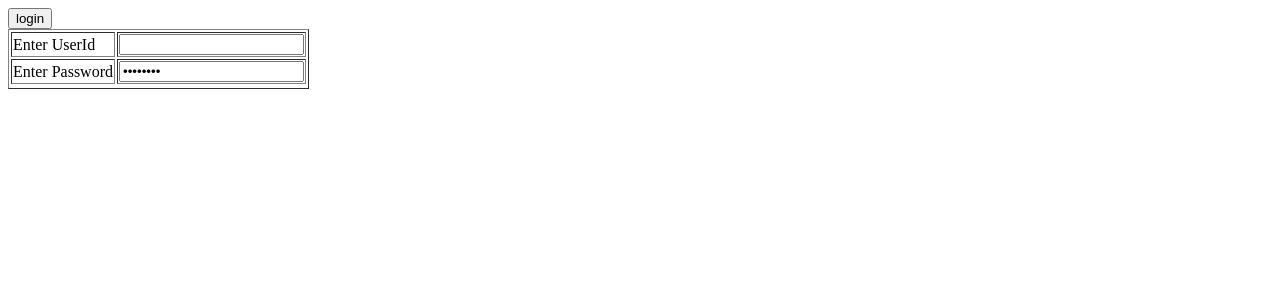
Repository: SravanthiSanaka/programs
Page: Training1/WebContent/Login.html
An editor plug-in stored every save of this project. The page is shown before and after the next save, followed by the edit.
The browser window is 1280 px wide. The pictures show the whole page.

Above is the page before, as saved 2020-03-03 06:05:28.

After the next save:
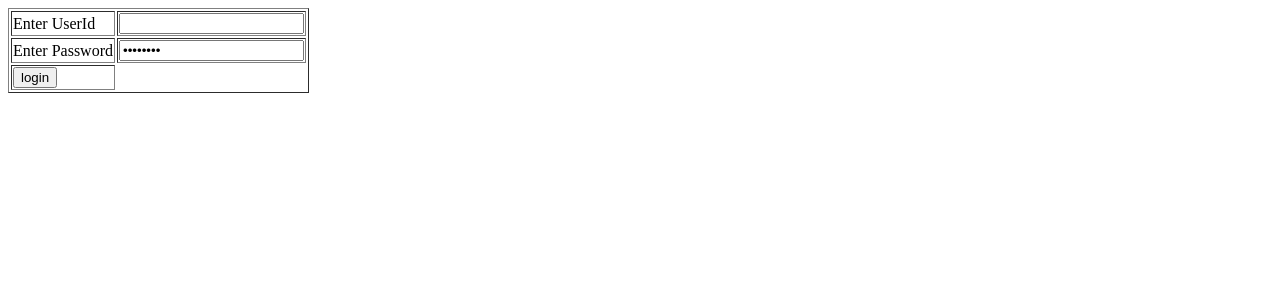
Saved 13 s later.
--- a/Training1/WebContent/Login.html
+++ b/Training1/WebContent/Login.html
@@ -11,7 +11,7 @@
 <table border="1">
 <tr><td>Enter UserId</td><td> <input type="text" name="username"/></td> </tr>
 <tr><td> Enter Password</td> <td><input type="password" value="password" /></td> </tr>
-<tr> <input type="submit" value="login" /> </tr>
+<tr><td> <input type="submit" value="login" /></td> </tr>
 </table>
 </form>
 
